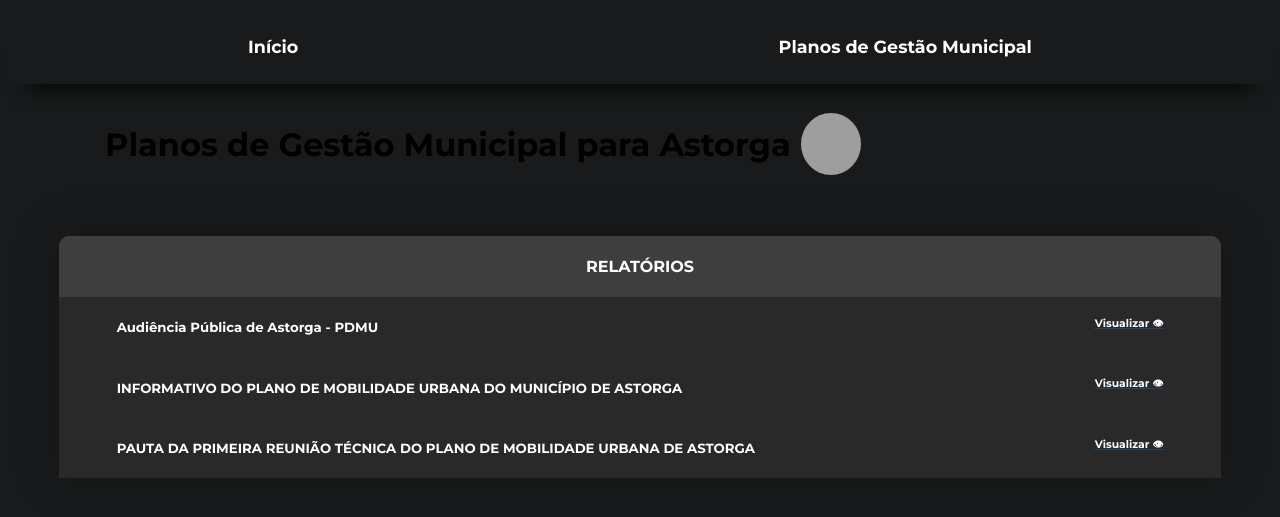
Repository: JoseEduardoLemos/planosdegestaomunicipal
Page: /cidades/astorga (app in app/)
The author's editor kept a copy of each file at every save. The page is drawn from the files as they stood at one save, then again after the next save.
The browser window is 1280 px wide. The pictures show the whole page.
Pictures or frames that could not be fetched are drawn as grey boxes. The project was rebuilt for these pictures with package versions that can differ from the ones it lists, and the page was loaded fresh each time. The framework's server and built-in components were replaced by stand-ins that run in the browser. Also part of the build but not shown: app/next.config.js.

Above is the page before, as saved 2022-09-19 16:43:57.

After the next save:
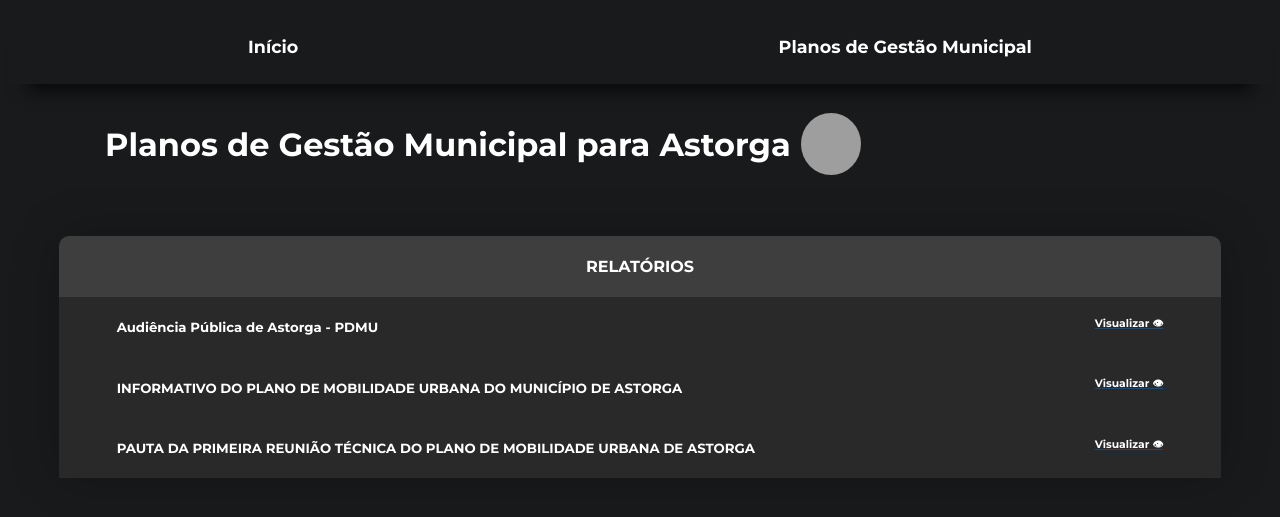
Saved 16 s later.
--- a/app/src/styles/global.css
+++ b/app/src/styles/global.css
@@ -88,7 +88,7 @@ h1{
     flex-wrap:nowrap;
 }
 .titulocidade{
-    color:black;
+    color:rgb(255, 255, 255);
 }
 .grupoMunicipio{
     border-radius:10px;
